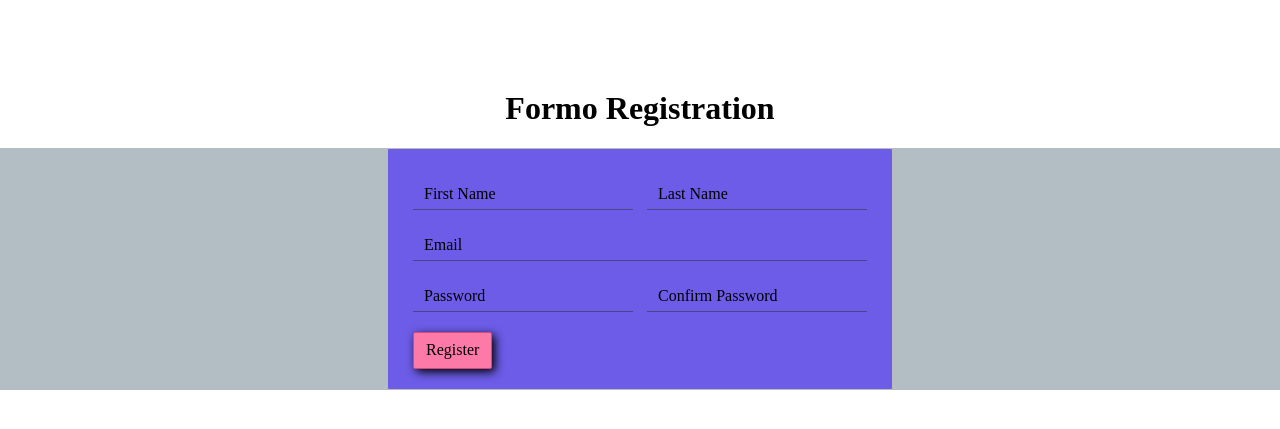
Repository: AMAmine89/vanilla-projects
Page: formo/index.html
These files come from the project's save history. The page is drawn as it stood at one moment and after the next save; the edit follows.
The browser window is 1280 px wide. The pictures show the whole page.

Above is the page before, as saved 2021-05-05 08:01:39.

### formo/index.html
<!DOCTYPE html>
<html lang="en">
<head>
    <meta charset="UTF-8">
    <meta http-equiv="X-UA-Compatible" content="IE=edge">
    <meta name="viewport" content="width=device-width, initial-scale=1.0">
    <link rel="stylesheet" href="css/normalize.css">
    <link rel="stylesheet" href="style.css">
    <title>Formo</title>
</head>
<body>
    <head>
        <h1>Formo Registration</h1>
    </head>
    <section>
        <form>
            <div class="double-block">
                <div>
                    <span class="first-name">
                        <input type="text" name="first-name" id="first-name">
                    </span>
                </div>
                <div>
                    <span class="last-name">
                        <input type="text" name="last-name">
                    </span>
                </div>
            </div>
            <div>
                <span class="email"><input type="email" name="email"></span>
            </div>
            <div class="double-block">
                <div>
                    <span class="password">
                        <input type="password" name="password">
                    </span>
                </div>
                <div>
                    <span class="confirm-password">
                        <input type="password" name="confirm-password">
                    </span>
                </div>
            </div>
            <div>
                <input type="submit" value="Register">
            </div>
        </form>
    </section>
</body>
</html>

### formo/style.css
section {
    display: flex;
    justify-content: center;
    margin-top: 10px;
    background-color: #b2bec3;
}

h1 {
    text-align: center;
    margin-top: 90px;
}

form {
    background: #6c5ce7;
    padding: 20px;
    border: 1px solid rgb(187, 187, 187);
    border-radius: 2px;
    -webkit-border-radius: 2px;
    -moz-border-radius: 2px;
    -ms-border-radius: 2px;
    -o-border-radius: 2px;
}

div {
    position: relative;
}

.double-block div {
    display: inline-block;
}

input:not(input[type="submit"]) {
    padding: 5px 10px;
    height: 20px;
    background: transparent;
    border-top: none;
    border-right: none;
    border-left: none;
    border-bottom: solid 1px rgba(49, 49, 49, 0.527);
    margin: 10px 5px;
    outline: none;
    z-index: 2;
}

input[type="email"] {
    width: -webkit-fill-available;
}

input:not(input[type="submit"])::after {
    content: '';
    width: 0;
    display: block;
    height: 1px;
    color: rgb(49, 49, 49);
    border-bottom: solid 1px;
    transition: width .3s ease-in-out;
    -webkit-transition: width .3s ease-in-out;
    -moz-transition: width .3s ease-in-out;
    -ms-transition: width .3s ease-in-out;
    -o-transition: width .3s ease-in-out;
}

input:not(input[type="submit"]):focus::after {
    width: 100%;
}

input[type="submit"] {
    padding: 8px 12px;
    background-color: #fd79a8;
    border: 1px solid #cc4c79;
    outline: none;
    cursor: pointer;
    color: initial;
    box-shadow: 3px 3px 10px 0px black;
    border-radius: 2px;
    margin-top: 10px;
    margin-left: 5px;
    -webkit-border-radius: 2px;
    -moz-border-radius: 2px;
    -ms-border-radius: 2px;
    -o-border-radius: 2px;
    transition: all .6 ease-in-out;
    -webkit-transition: all .6 ease-in-out;
    -moz-transition: all .6 ease-in-out;
    -ms-transition: all .6 ease-in-out;
    -o-transition: all .6 ease-in-out;
}

input[type="submit"]:hover {
    background-color: #cc4c79;
    color: aliceblue;
}

.first-name::before {
    content: 'First Name';
}

.last-name::before {
    content: 'Last Name';
}

.email::before {
    content: 'Email';
}
.password::before {
    content: 'Password';
}
.confirm-password::before {
    content: 'Confirm Password';
}

span {
    z-index: 1;
}

span::before {
    cursor: text;
    display: inline-block;
    position: absolute;
    top: 16px;
    left: 16px;
    bottom: 0;
    font-size: initial;
    transition: all .3s ease-in-out;
    -webkit-transition: all .3s ease-in-out;
    -moz-transition: all .3s ease-in-out;
    -ms-transition: all .3s ease-in-out;
    -o-transition: all .3s ease-in-out;
}

span:focus-within::before, span:focus::before  {
    top: 0;
    left: 10px;
    bottom: 30px;
    font-size: .85em;
}

label {
    cursor: text;
    display: inline-block;
    position: relative;
    bottom: auto;
    left: -180px;
    transition: bottom .7s ease-in-out;
    -webkit-transition: bottom .7s ease-in-out;
    -moz-transition: bottom .7s ease-in-out;
    -ms-transition: bottom .7s ease-in-out;
    -o-transition: bottom .7s ease-in-out;
}

Loaded but not shown: formo/normalize.css (library)

After the next save:
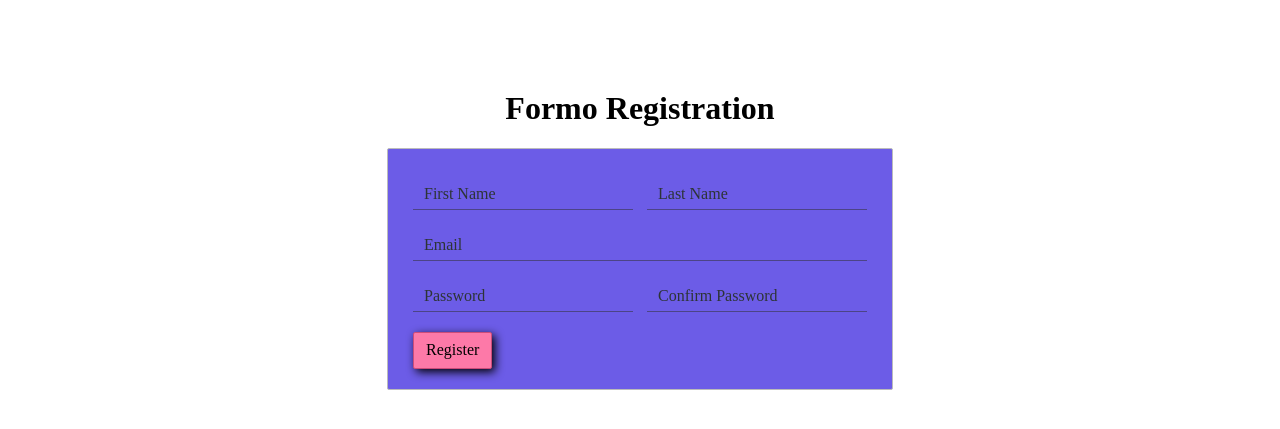
Saved 13 s later.
--- a/formo/style.css
+++ b/formo/style.css
@@ -2,7 +2,7 @@ section {
     display: flex;
     justify-content: center;
     margin-top: 10px;
-    background-color: #b2bec3;
+    color: #2d3436;
 }
 
 h1 {
